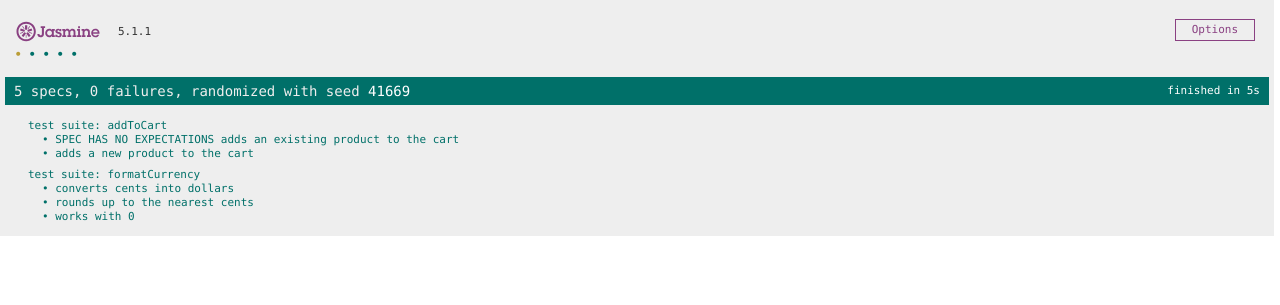
Repository: Jpr-2311/Amazon_Clone
Page: tests-jasmine/tests.html
An editor plug-in stored every save of this project. The page is shown before and after a run of saves, followed by the edit.
The browser window is 1280 px wide. The pictures show the whole page.

Above is the page before, as saved 2025-06-19 11:24:52.

### tests-jasmine/tests.html
<!DOCTYPE html>
<html>
<head>
  <meta charset="utf-8">
  <title>Jasmine Spec Runner v5.1.1</title>

  <link rel="shortcut icon" type="image/png" href="lib/jasmine-5.1.1/jasmine_favicon.png">
  <link rel="stylesheet" href="lib/jasmine-5.1.1/jasmine.css">

  <script src="lib/jasmine-5.1.1/jasmine.js"></script>
  <script src="lib/jasmine-5.1.1/jasmine-html.js"></script>
  <script src="lib/jasmine-5.1.1/boot0.js"></script>
  <!-- optional: include a file here that configures the Jasmine env -->
  <script src="lib/jasmine-5.1.1/boot1.js"></script>

  <script src="utils/moneyTest.js" type="module"></script>
  <script src="data/cartTest.js" type="module"></script>
</head>

<body>
</body>
</html>

### tests-jasmine/lib/jasmine-5.1.1/boot0.js
 /*
Copyright (c) 2008-2023 Pivotal Labs

Permission is hereby granted, free of charge, to any person obtaining
a copy of this software and associated documentation files (the
"Software"), to deal in the Software without restriction, including
without limitation the rights to use, copy, modify, merge, publish,
distribute, sublicense, and/or sell copies of the Software, and to
permit persons to whom the Software is furnished to do so, subject to
the following conditions:

The above copyright notice and this permission notice shall be
included in all copies or substantial portions of the Software.

THE SOFTWARE IS PROVIDED "AS IS", WITHOUT WARRANTY OF ANY KIND,
EXPRESS OR IMPLIED, INCLUDING BUT NOT LIMITED TO THE WARRANTIES OF
MERCHANTABILITY, FITNESS FOR A PARTICULAR PURPOSE AND
NONINFRINGEMENT. IN NO EVENT SHALL THE AUTHORS OR COPYRIGHT HOLDERS BE
LIABLE FOR ANY CLAIM, DAMAGES OR OTHER LIABILITY, WHETHER IN AN ACTION
OF CONTRACT, TORT OR OTHERWISE, ARISING FROM, OUT OF OR IN CONNECTION
WITH THE SOFTWARE OR THE USE OR OTHER DEALINGS IN THE SOFTWARE.
*/
/**
 This file starts the process of "booting" Jasmine. It initializes Jasmine,
 makes its globals available, and creates the env. This file should be loaded
 after `jasmine.js` and `jasmine_html.js`, but before `boot1.js` or any project
 source files or spec files are loaded.
 */
(function() {
  const jasmineRequire = window.jasmineRequire || require('./jasmine.js');

  /**
   * ## Require &amp; Instantiate
   *
   * Require Jasmine's core files. Specifically, this requires and attaches all of Jasmine's code to the `jasmine` reference.
   */
  const jasmine = jasmineRequire.core(jasmineRequire),
    global = jasmine.getGlobal();
  global.jasmine = jasmine;

  /**
   * Since this is being run in a browser and the results should populate to an HTML page, require the HTML-specific Jasmine code, injecting the same reference.
   */
  jasmineRequire.html(jasmine);

  /**
   * Create the Jasmine environment. This is used to run all specs in a project.
   */
  const env = jasmine.getEnv();

  /**
   * ## The Global Interface
   *
   * Build up the functions that will be exposed as the Jasmine public interface. A project can customize, rename or alias any of these functions as desired, provided the implementation remains unchanged.
   */
  const jasmineInterface = jasmineRequire.interface(jasmine, env);

  /**
   * Add all of the Jasmine global/public interface to the global scope, so a project can use the public interface directly. For example, calling `describe` in specs instead of `jasmine.getEnv().describe`.
   */
  for (const property in jasmineInterface) {
    global[property] = jasmineInterface[property];
  }
})();

### tests-jasmine/utils/moneyTest.js
import {formatCurrency} from '../../scripts/utils/money.js';

describe('test suite: formatCurrency',()=>{
 it('converts cents into dollars',()=>{
  expect(formatCurrency(2095)).toEqual('20.95');
 });

 it('works with 0',()=>{
  expect(formatCurrency(0)).toEqual('0.00');
 });

 it('rounds up to the nearest cents',()=>{
  expect(formatCurrency(2000.5)).toEqual('20.01')
 });
});

### tests-jasmine/data/cartTest.js
import {addToCart,cart,loadFromStorage} from'../../data/cart.js';


describe('test suite: addToCart',()=>{
  it('adds an existing product to the cart',()=>{

  });

  it('adds a new product to the cart',()=>{

spyOn(localStorage,'setItem');

      spyOn(localStorage,'getItem').and.callFake(()=>{
        return JSON.stringify([]);
      });
      loadFromStorage();

      addToCart('e43638ce-6aa0-4b85-b27f-e1d07eb678c6');
      expect(cart.length).toEqual(1);
      expect(localStorage.setItem).toHaveBeenCalledTimes(1);

  });
});

### data/cart.js
export let cart;

loadFromStorage();

 export function loadFromStorage(){
    cart = JSON.parse(localStorage.getItem('cart'));

          if (!cart) {
            cart = [{
            productId: 'e43638ce-6aa0-4b85-b27f-e1d07eb678c6',
            quantity: 2,
            deliveryOptionId: '1'
          }, {
            productId: '15b6fc6f-327a-4ec4-896f-486349e85a3d',
            quantity: 1,
            deliveryOptionId: '2'
          }];
         }
  }

function saveToStorage() {
  localStorage.setItem('cart', JSON.stringify(cart));
}

export function addToCart(productId) {
  let matchingItem;

  cart.forEach((cartItem) => {
    if (productId === cartItem.productId) {
      matchingItem = cartItem;
    }
  });

  if (matchingItem) {
    matchingItem.quantity += 1;
  } else {
    cart.push({
      productId: productId,
      quantity: 1,
      deliveryOptionId: '1'
    });
  }

  saveToStorage();
}

export function removeFromCart(productId) {
  const newCart = [];

  cart.forEach((cartItem) => {
    if (cartItem.productId !== productId) {
      newCart.push(cartItem);
    }
  });

  cart = newCart;

  saveToStorage();
}

export function updateDeliveryOption(productId, deliveryOptionId) {
  let matchingItem;

  cart.forEach((cartItem) => {
    if (productId === cartItem.productId) {
      matchingItem = cartItem;
    }
  });

  matchingItem.deliveryOptionId = deliveryOptionId;

  saveToStorage();
}

Loaded but not shown: tests-jasmine/lib/jasmine-5.1.1/jasmine.css (library); tests-jasmine/lib/jasmine-5.1.1/jasmine.js (library); tests-jasmine/lib/jasmine-5.1.1/jasmine-html.js (library); tests-jasmine/lib/jasmine-5.1.1/boot1.js (library); scripts/utils/money.js (common file)

After the next 2 saves:
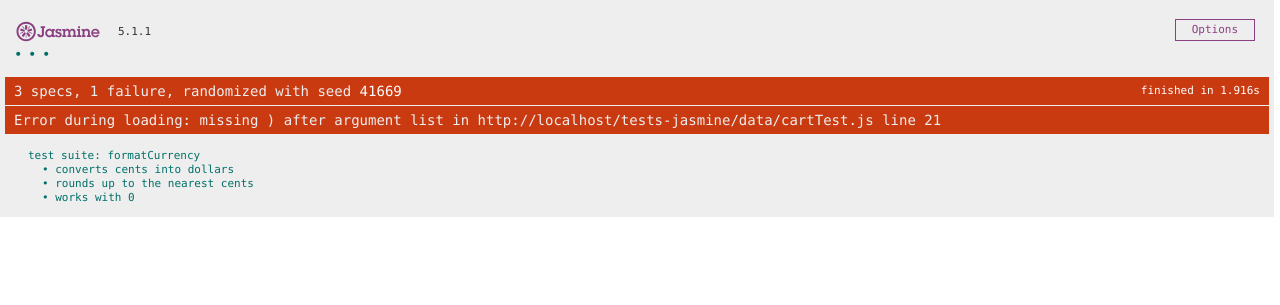
Console error: SyntaxError: missing ) after argument list
The 2 saves are shown as one change because they came seconds apart.
The last was saved 8 s later.
--- a/tests-jasmine/data/cartTest.js
+++ b/tests-jasmine/data/cartTest.js
@@ -18,6 +18,6 @@
       addToCart('e43638ce-6aa0-4b85-b27f-e1d07eb678c6');
       expect(cart.length).toEqual(1);
       expect(localStorage.setItem).toHaveBeenCalledTimes(1);
-
+      expect(cart
   });
 });

After the 2 saves that followed:
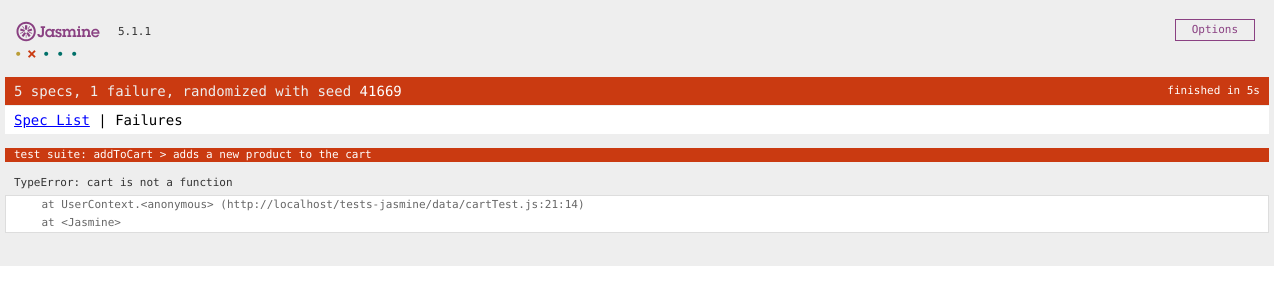
The error is gone.
The 2 saves are shown as one change because they came seconds apart.
The last was saved 5 s later.
--- a/tests-jasmine/data/cartTest.js
+++ b/tests-jasmine/data/cartTest.js
@@ -18,6 +18,6 @@
       addToCart('e43638ce-6aa0-4b85-b27f-e1d07eb678c6');
       expect(cart.length).toEqual(1);
       expect(localStorage.setItem).toHaveBeenCalledTimes(1);
-      expect(cart
+      expect(cart(0))
   });
 });
